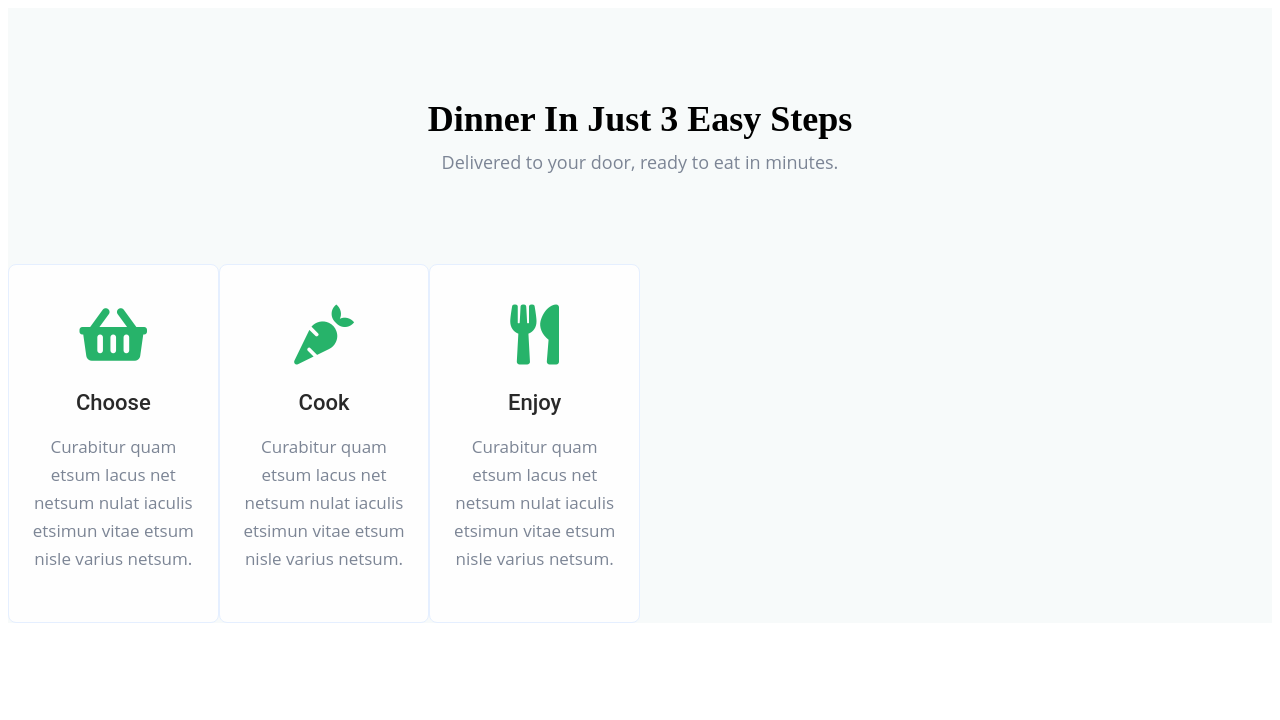
Repository: ST-United-Internship/leadpage
Page: wrapper-UI.html
These files come from the project's save history. The page is drawn as it stood at one moment and after the next save; the edit follows.
The browser window is 1280 px wide. The pictures show the whole page.

Above is the page before, as saved 2023-03-15 14:02:50.

After the next save:
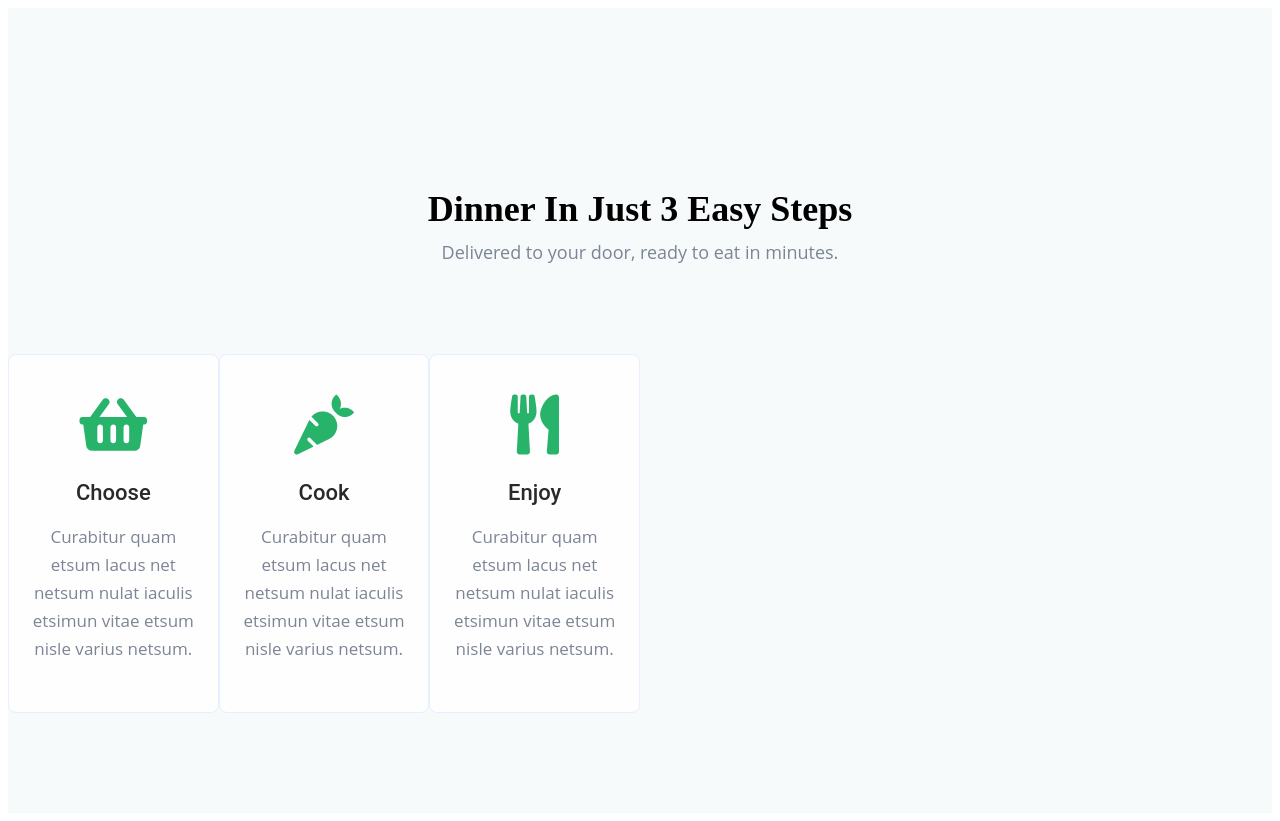
Saved 76 s later.
--- a/css/wrapper-UI.css
+++ b/css/wrapper-UI.css
@@ -1,3 +1,7 @@
+section{
+    background: #f7fafa;
+    padding: 90px 0 100px 0;
+}
 .about{
     background-color: #f7fafa;
 }
@@ -83,7 +87,7 @@
     font-size: 22px;
     font-weight: 500;
     color: #292929;
-    margin: 0px 0px 15px 0px ;
+    margin: 0px 0px 15px 0px;
     font-family: 'Roboto', sans-serif;
     line-height: 26.4px;
 }
